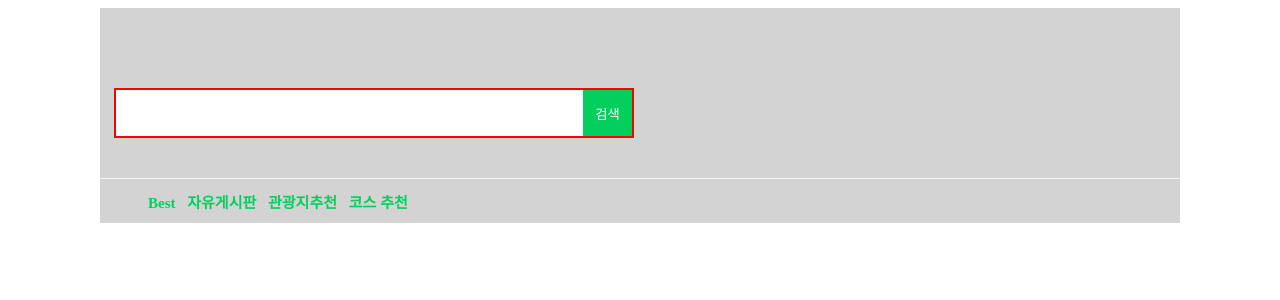
Repository: HJCroCat/project4
Page: http://localhost/koravle/boardMain.jsp
The author's editor kept a copy of each file at every save. The page is drawn from the files as they stood at one save, then again after the next save.
The browser window is 1280 px wide. The pictures show the whole page.
The page is served by Tomcat 9. Nobody is signed in. The application's start-up code is not run. Other server files are loaded and not shown.

Above is the page before, as saved 2021-12-10 10:22:41.

### koravle/koravle/src/main/webapp/boardMain.jsp
<%@ page language="java" contentType="text/html; charset=UTF-8"
    pageEncoding="UTF-8"%>
<!DOCTYPE html>
<html>
<head>
<meta charset="UTF-8">
<title>Insert title here</title>

<link href="resources/style/stylecss.css" rel="stylesheet">
<script type="text/javascript" src="resources/js/jquery-1.7.1.js"></script>

</head>
<body>
	<header>
		<form>
	      <fieldset>
	        <legend class="visually-hidden">검색</legend>
	        <div class="search_box">
	          <input type="text" maxlength="225" tabindex="1" />
	          <button type="submit" tabindex="2">
	            	검색
	          </button>
	        </div>
	      </fieldset>
	    </form>
		<nav>
	      <div class="nav_items">
	        <ul>
	      	  <li><a href="/">Best</a></li>
	          <li><a href="/">자유게시판</a></li>
	          <li><a href="/">관광지추천</a></li>
	          <li><a href="/">코스 추천</a></li>

	        </ul>
	      </div>
	    </nav>
	</header>


	<main>

	<!--
		<div>
			<input type="text" name="searchWord" id="searchWord">
			<select name="selectSearch" id="selectSearch">
				<option value="1" selected>전체</option>
				<option value="boardName">글제목</option>
				<option value="regionName">관광지</option>
				<option value="boardWriter">작성자</option>
			</select>
			<button href="boardWrite.do" class="btn" >글쓰기</button>
			<button href="boardList.do" class="btn" >검색</button>
		</div>
		<div>
			<br/>
			<br/>

			<button class="btn" href="boardList.do" name="boardBest">Best</button>
			<button class="btn" href="boardList.do" name="boardFree">자유게시판</button>
			<button class="btn" href="boardList.do" name="boardRegion">관광지 추천</button>
			<button class="btn" href="boardList.do" name="boardCourse">코스 추천</button>

		</div>
	-->

	</main>

	<footer>

	</footer>
<script src="resources//js/jquery.min.js"></script>
<script src="resources/js/scripts.js"></script>

</body>
</html>

### koravle/koravle/src/main/webapp/resources/style/stylecss.css
* {
    box-sizing: border-box;
}

a {
    text-decoration: none; /* 기본 밑줄을 제거합니다 */
    color: #888;
}

a:hover {
  text-decoration: underline; /* 마우스 커서가 올라갔을 때 밑줄을 생성합니다*/
}

header {
    margin: auto; /* header의 양쪽 여백(margin)을 동등하게 맞춤 -> 수평가운데정렬 */
    width: 1080px;
    background: lightgray;
	height: 215px;
    display: flex;
    align-items: center; /* 하위 요소들 수직 가운데정렬 */
    position: relative;
}

fieldset {
    border: none; /* 기본 border 없애기(이 코드를 지우고 기본 border를 확인해보세요) */
}

.visually-hidden { /* legend 안보이게 설정. 이렇게하면 접근성을 준수하면서 디자인을 해치지 않습니다. */
    position: absolute !important;
    height: 1px;
    width: 1px;
    overflow: hidden;
    clip: rect(1px 1px 1px 1px);
    clip: rect(1px, 1px, 1px, 1px);
    white-space: nowrap;
}

.search_box {
  width: 520px;
  height: 50px;
  border: 2px solid #ff0000;
  display: flex;
  align-items: center;
}

  .search_box input {
    flex: 9; /* search-box내부에서 9만큼의 크기를 차지(비율) */
    height: 46px;
    padding-left: 12px;
    padding-right: 12px;
    border: none;
    outline: none;
    font-size: 18px;
  }


  .search_box button {
    flex: 1; /* search-box내부에서 1만큼의 크기를 차지(비율) */
    height: 46px;
    margin: 0;
    padding: 0;
    border: none;
    outline: none;
    background: #03cf5d;
    color: #ffffff;
  }
  /* nav */
  header > nav {
    width: 100%;
    height: 45px;
    position: absolute;
    bottom: 0;
  }
  .nav_items {
    width: 100%;
    height: 100%;
    display: flex;
    justify-content: space-between;
    align-items: center;
    font-size: 15px;
    font-weight: bold;
    border-top: 1px solid #f1f3f6;
  }
  .nav_items ul > li {
    display: inline-block;
    margin-left: 8px;
  }
  .nav_items ul > li:nth-child(-n + 7) > a { /* <ul>하위 7번째 <li>까지 각각 내부의 <a> 태그 접근 */
    color: #03cf5d;
  }
  .nav_items ul > li > a {
    text-decoration: none;
    cursor: pointer;
  }

  /* 재사용 클래스 */
  .color_naver {
    color: #03cf5d;
  }

Loaded but not shown: koravle/koravle/src/main/webapp/resources/js/jquery-1.7.1.js (library); koravle/koravle/src/main/webapp/resources/js/jquery.min.js (library)

After the next save:
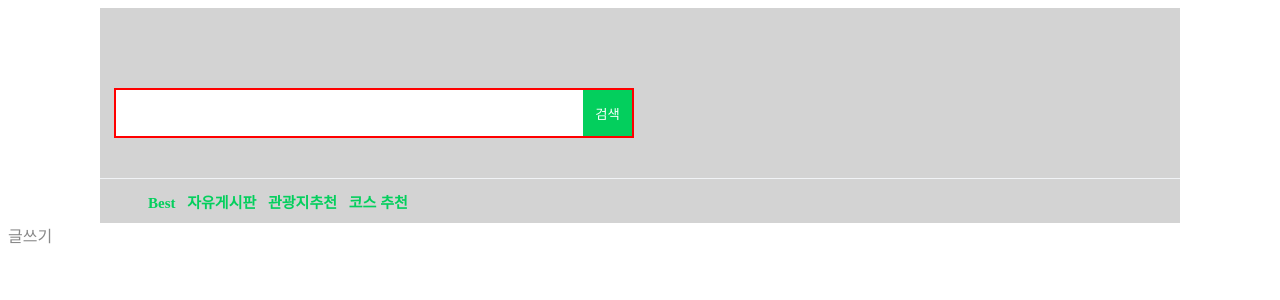
Saved 24 s later.
--- a/koravle/koravle/src/main/webapp/boardMain.jsp
+++ b/koravle/koravle/src/main/webapp/boardMain.jsp
@@ -62,7 +62,7 @@
 
 		</div>
 	-->
-
+		<a href="/">글쓰기</a>
 	</main>
 
 	<footer>
